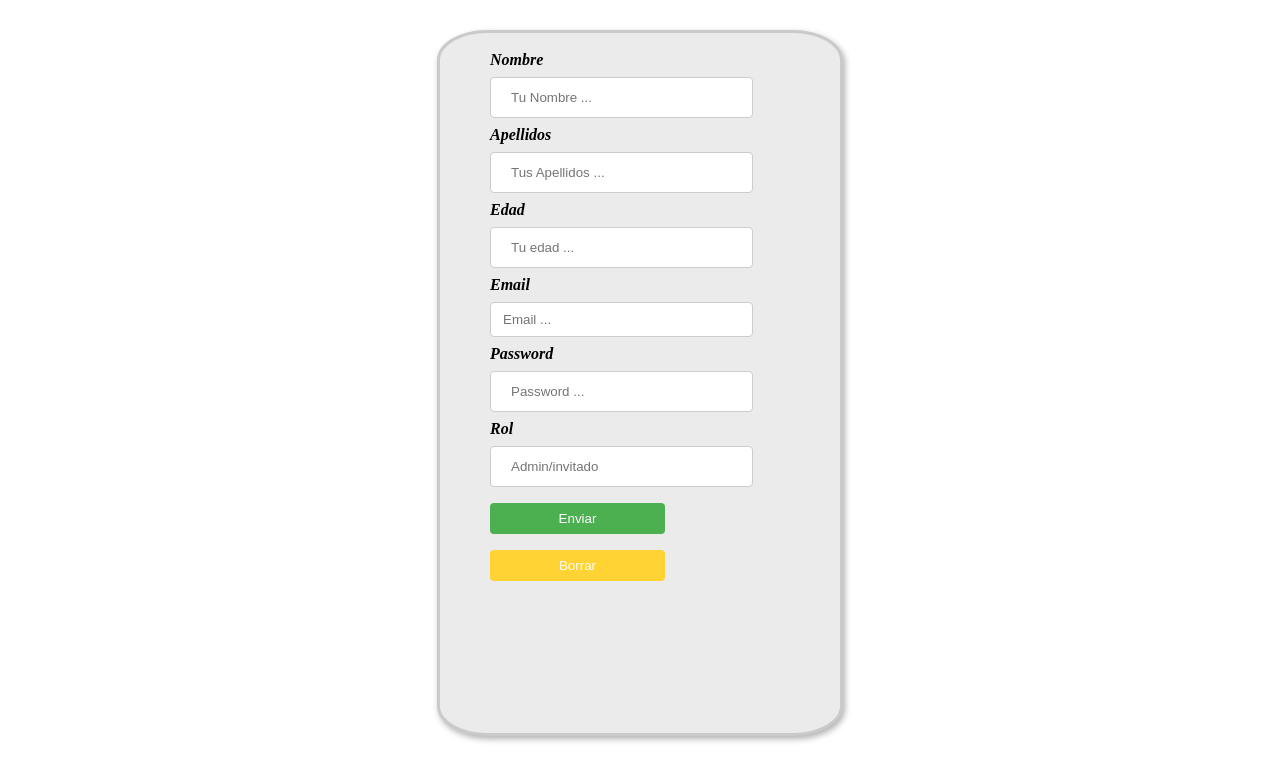
Repository: nachmz42/ProyectoJoker
Page: http://localhost/Joker/modificarusuario.jsp
These files come from the project's save history. The page is drawn as it stood at one moment and after the next save; the edit follows.
The browser window is 1280 px wide. The pictures show the whole page.
The page is served by Tomcat 9. Other server files are loaded and not shown.

Above is the page before, as saved 2021-07-02 11:10:02.

### Joker/src/main/webapp/modificarusuario.jsp
<%@ page language="java" contentType="text/html; charset=ISO-8859-1"
    pageEncoding="ISO-8859-1"%>
<!DOCTYPE html>
<html>
<head>
<meta charset="ISO-8859-1">
<title>Insert title here</title>
<link rel="stylesheet" href="STYLE/css/modificarusuario.css"></link>

</head>
<body>

<div class= "testbox">
  <form action="/Joker/ServletModificarusuario" method="post"><br>

  		<div class="form2" style="">
    <label for="nombre" id="1">Nombre</label><br>
    <input type="text" id="nombre" name="nombre" placeholder="Tu Nombre ..."  required><br>

    <label for="apellidos"  >Apellidos</label><br>
    <input type="text" id="apellidos" name="apellidos" placeholder="Tus Apellidos ..." required><br>


    <label for="edad" id="1">Edad</label><br>
    <input type="text" id="edad" name="edad" placeholder="Tu edad ..."  required  ><br>


    <label for="email" id="1">Email</label><br>
    <input type="email" id="email" name="email" placeholder="Email ..."  required>
     <i class="icon-user"></i><br>


    <label for="password" id="1" >Password</label><br>
    <input type="text" id="password" name="password" placeholder="Password ..."  required>  <br>

    <label for="rol" id="1" >Rol</label><br>
    <input type="text" id="rol" name="rol" placeholder="Admin/invitado"  required  >  <br>


    <input type="submit" value="Enviar"><br>
    <input type="reset" value="Borrar"><br>
   </div>
</div>

</body>
</html>

### Joker/src/main/webapp/STYLE/css/modificarusuario.css
@charset "ISO-8859-1";




input[type=text], select {
	width: 75%;
	padding: 12px 20px;
	margin: 8px 0;
	display: inline-block;
	border: 1px solid #ccc;
	border-radius: 4px;
	box-sizing: border-box;
}

input[type=email], select {
	width: 75%;
	padding: 9px 12px;
	margin: 8px 0;
	display: inline-block;
	border: 1px solid #ccc;
	border-radius: 4px;
	box-sizing: border-box;
}

input[type=submit] {
	width: 50%;
	background-color: #4CAF50;
	color: white;
	padding: 8px 0px;
	margin: 8px 0;
	border: none;
	border-radius: 4px;
	cursor: pointer;
	Text-align: center;
}

input[type=reset] {
	width: 50%;
	background-color: #FFD333;
	color: white;
	padding: 8px 0px;
	margin: 8px 0;
	border: none;
	border-radius: 4px;
	cursor: pointer;
	Text-align: center;
}


.testbox {
	margin: 30px auto;
	width: 400px;
	height: 700px;
	-webkit-border-radius: 50px/30px;
	-moz-border-radius: 50px/30px;
	border-radius: 50px/30px;
	background-color: #ebebeb;
	-webkit-box-shadow: 2px 3px 6px rgba(0, 0, 0, .31);
	-moz-box-shadow: 2px 3px 6px rgba(0, 0, 0, .31);
	box-shadow: 2px 3px 6px rgba(0, 0, 0, .31);
	border: solid 3px #cbc9c9;
	Text-align: center;
	 font: oblique bold 100% cursive;
}





.form2 {
    Text-align: left;
    width: 350px;
    margin-left: 50px;
}

After the next save:
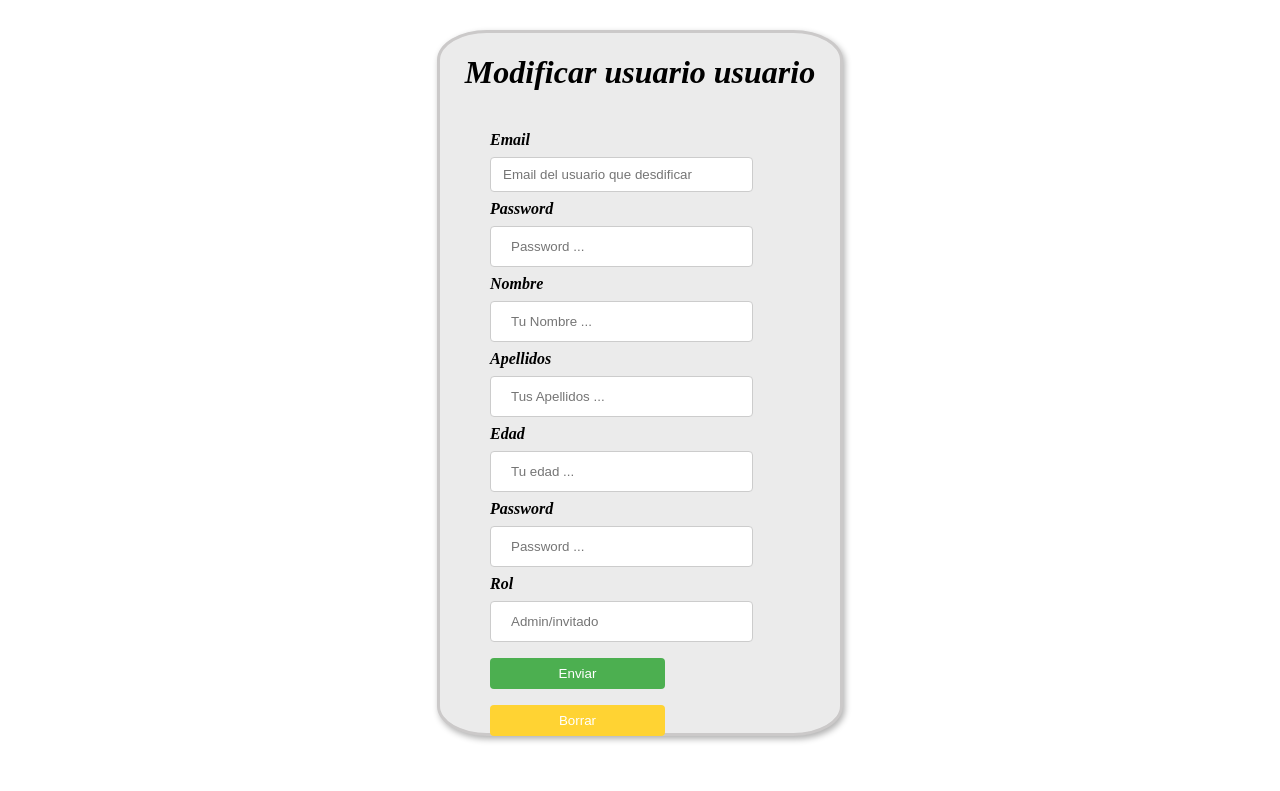
Saved 3 min 31 s later.
--- a/Joker/src/main/webapp/modificarusuario.jsp
+++ b/Joker/src/main/webapp/modificarusuario.jsp
@@ -11,9 +11,22 @@
 <body>
 
 <div class= "testbox">
+	<h1>Modificar usuario usuario</h1>
   <form action="/Joker/ServletModificarusuario" method="post"><br>
 
+
+
   		<div class="form2" style="">
+
+
+  	<label for="email" id="1">Email</label><br>
+    <input type="email" id="email" name="email" placeholder="Email del usuario que desdificar"  required>
+     <i class="icon-user"></i><br>
+
+    <label for="password" id="1" >Password</label><br>
+    <input type="text" id="password" name="password" placeholder="Password ..."  required>  <br>
+
+
     <label for="nombre" id="1">Nombre</label><br>
     <input type="text" id="nombre" name="nombre" placeholder="Tu Nombre ..."  required><br>
 
@@ -23,12 +36,6 @@
 
     <label for="edad" id="1">Edad</label><br>
     <input type="text" id="edad" name="edad" placeholder="Tu edad ..."  required  ><br>
-
-
-    <label for="email" id="1">Email</label><br>
-    <input type="email" id="email" name="email" placeholder="Email ..."  required>
-     <i class="icon-user"></i><br>
-
 
     <label for="password" id="1" >Password</label><br>
     <input type="text" id="password" name="password" placeholder="Password ..."  required>  <br>
